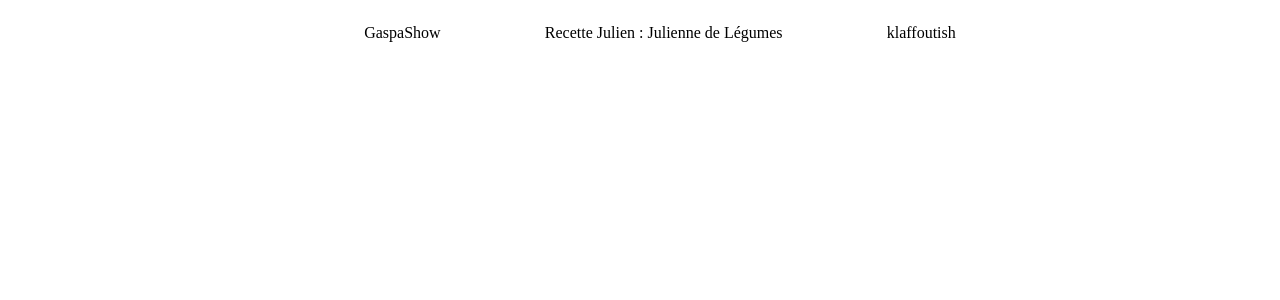
Repository: klevish/marmitonade.github.io
Page: index.html
The author's editor kept a copy of each file at every save. The page is drawn from the files as they stood at one save, then again after a run of saves.
The browser window is 1280 px wide. The pictures show the whole page.

Above is the page before, as saved 2022-06-13 16:54:05.

After the next 2 saves:
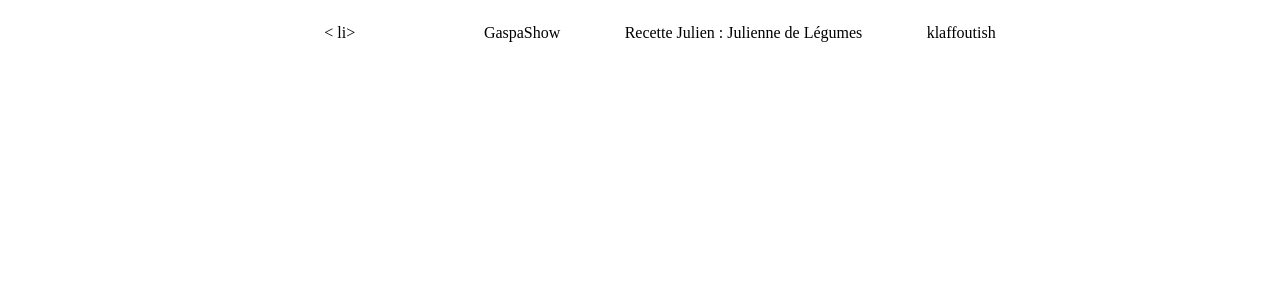
The 2 saves are shown as one change because they came seconds apart.
The last was saved 14 s later.
--- a/index.html
+++ b/index.html
@@ -12,7 +12,7 @@
 <body>
     <nav>
         <ul>
-
+<           li><a href=""></a></li>
             <li href="gaspacho.html">GaspaShow</li>
             <li href="julienne_de_legumes.html">Recette Julien : Julienne de Légumes</li>
             <li href="klaffoutish.html">klaffoutish</li>
